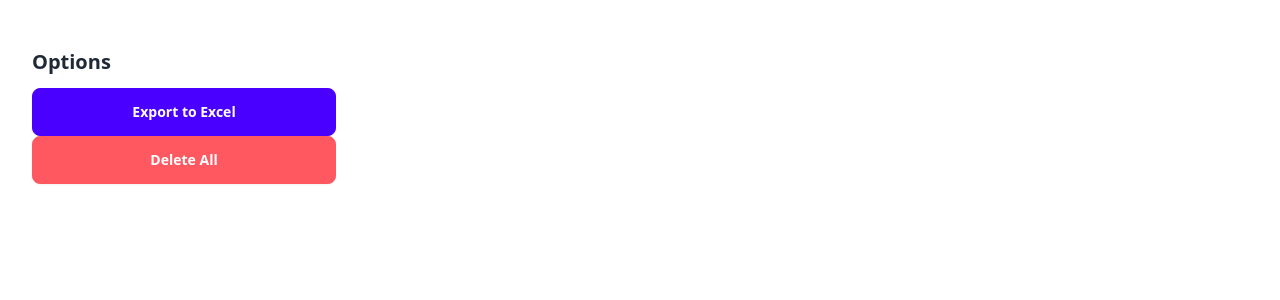
Repository: khulqu15/khafsin_server
Page: http://localhost/
The author's editor kept a copy of each file at every save. The page is drawn from the files as they stood at one save, then again after the next save.
The browser window is 1280 px wide. The pictures show the whole page.
Some web libraries are served in a nearby version. The page is served by the project's Laravel application, run on PHP 8.4 with Laravel 12. Queries for data that is not in the repository find no rows.

Above is the page before, as saved 2024-10-25 02:50:18.

After the next save:
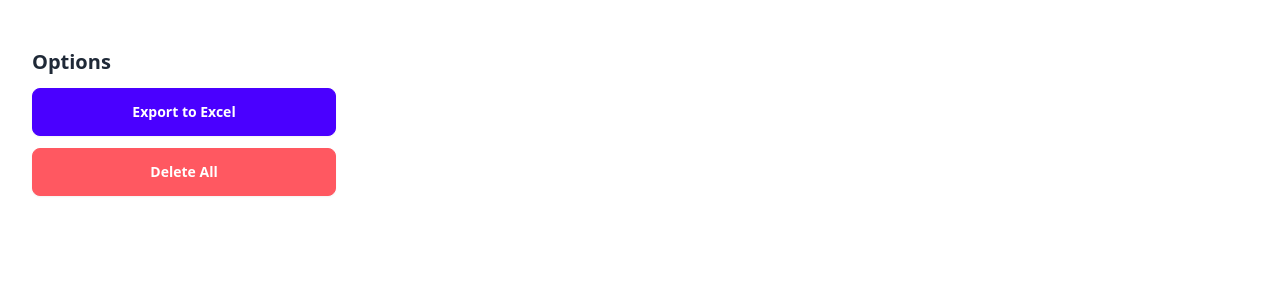
Saved 12 s later.
--- a/resources/views/welcome.blade.php
+++ b/resources/views/welcome.blade.php
@@ -12,8 +12,8 @@
     <body>
         <div class="container mx-auto w-full min-h-screen py-12 px-8">
             <div class="w-full grid grid-cols-8">
-                <div class="md:col-span-2 col-span-8">
-                    <h2 class="text-xl font-bold mb-3">Options</h2>
+                <div class="md:col-span-2 col-span-8 space-y-3">
+                    <h2 class="text-xl font-bold">Options</h2>
                     <button class="btn btn-primary w-full text-white">Export to Excel</button>
                     <button class="btn btn-error w-full text-white">Delete All</button>
                 </div>
